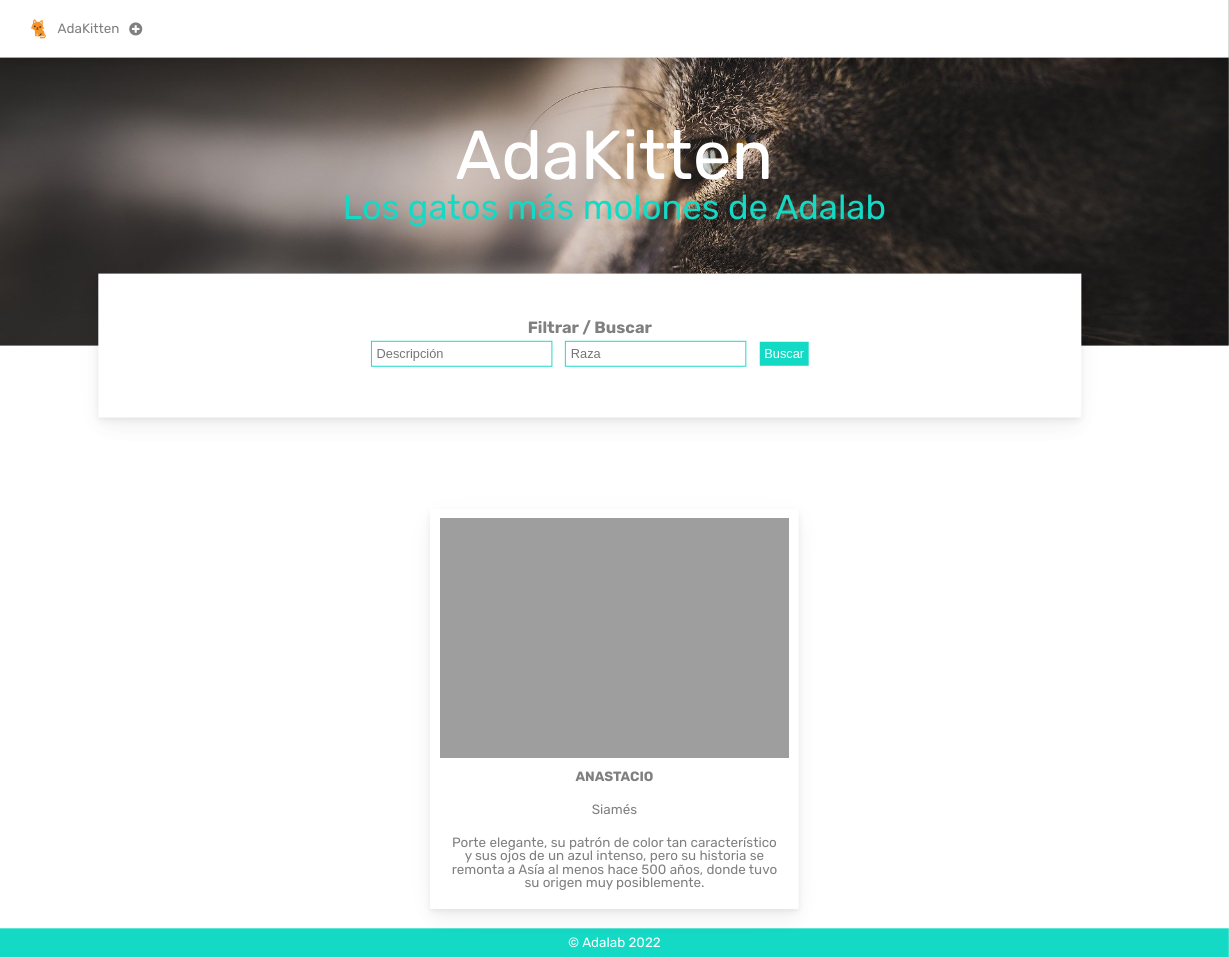
Repository: Adalab/promo-s-module-2-pair-7-sprint-1-ada-kitten
Page: index.html
The author's editor kept a copy of each file at every save. The page is drawn from the files as they stood at one save, then again after the next save.
The browser window is 1280 px wide. The pictures show the whole page, at 96% of full size.
Pictures or frames that could not be fetched are drawn as grey boxes. Some web libraries are served in a nearby version.

Above is the page before, as saved 2023-02-03 10:35:40.

After the next save:
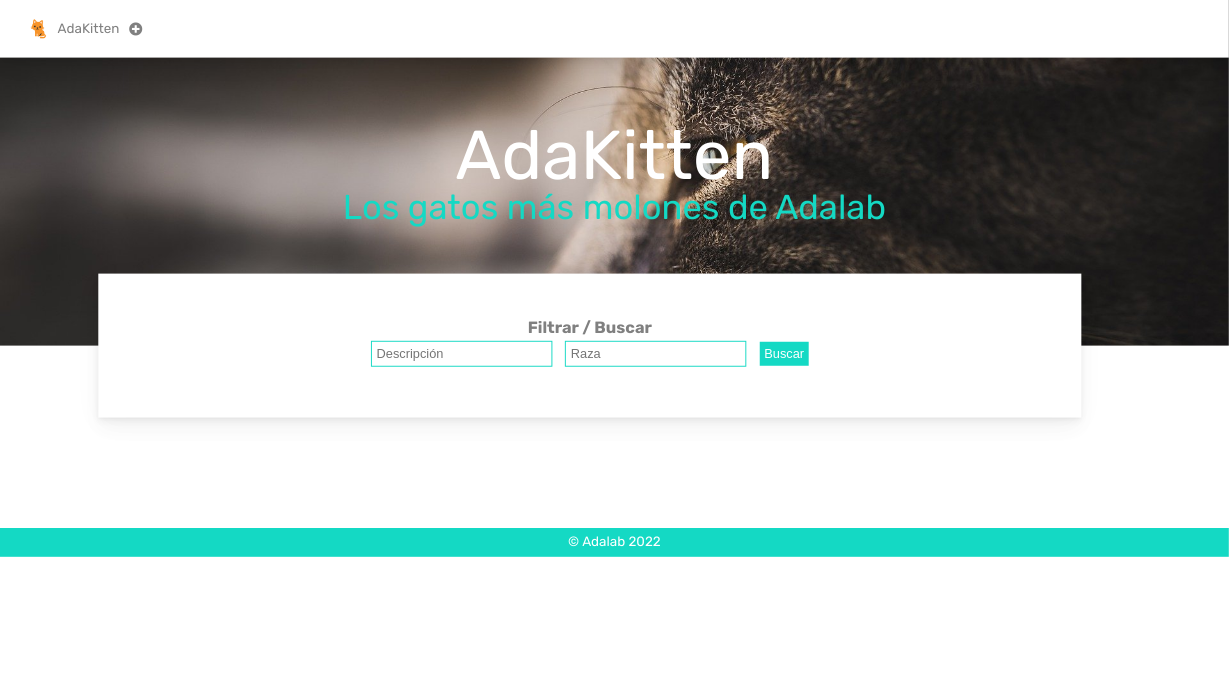
Console error: SyntaxError: Identifier 'kittenTwo' has already been declared
Saved 4 min 21 s later.
--- a/js/script.js
+++ b/js/script.js
@@ -33,6 +33,36 @@ const kittenOne = `<li class="card">
   <h4 class="card_race">${kittenOneRace}</h4>
   <p class="card_description">
   ${kittenOneDesc}
+   </p>
+</article>
+</li>`;
+
+const kittenTwo = `<li class="card">
+<article>
+  <img
+    class="card_img"
+    src= ${kittenTwoImage}
+    alt="gatito"
+  />
+  <h3 class="card_title">${kittenTwoName.toUpperCase()}</h3>
+  <h4 class="card_race">${kittenTwoRace}</h4>
+  <p class="card_description">
+  ${kittenTwoDesc}
+   </p>
+</article>
+</li>`;
+
+const kittenThree = `<li class="card">
+<article>
+  <img
+    class="card_img"
+    src= ${kittenThreeImage}
+    alt="gatito"
+  />
+  <h3 class="card_title">${kittenThreeName.toUpperCase()}</h3>
+  <h4 class="card_race">${kittenThreeRace}</h4>
+  <p class="card_description">
+  ${kittenThreeDesc}
    </p>
 </article>
 </li>`;

After the 4 saves that followed:
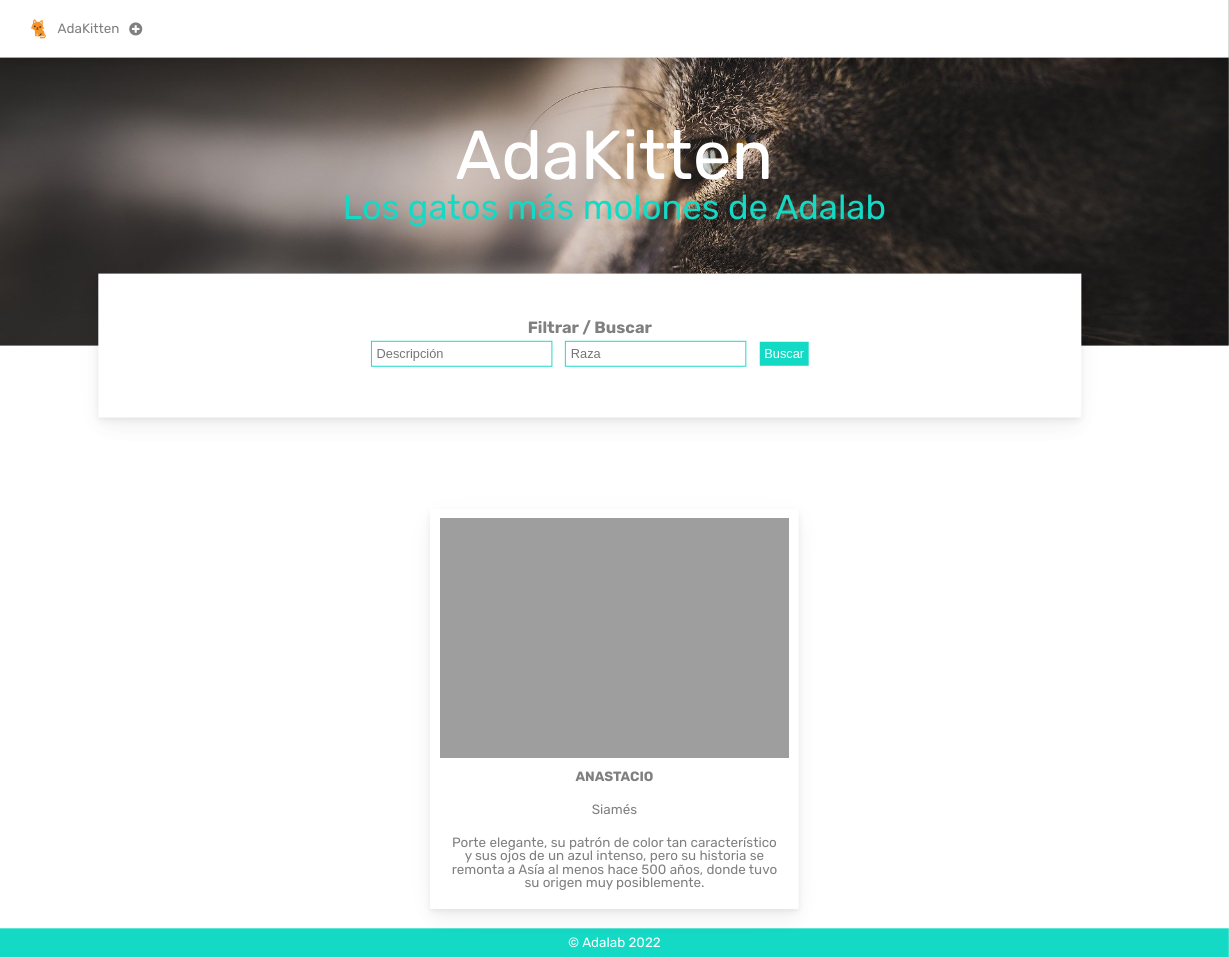
The error is gone.
The 4 saves are shown as one change because 3 left the picture as it was.
The last was saved 3 min 13 s later.
--- a/js/script.js
+++ b/js/script.js
@@ -70,7 +70,8 @@ const kittenThree = `<li class="card">
 dataList.innerHTML = kittenOne;
 
 
-const kittenTwo = `<li class="card">
+
+/*const kittenTwo = `<li class="card">
             <img
               class="card_img"
               src="https://dev.adalab.es/sphynx-gato.webp"
@@ -83,11 +84,11 @@ const kittenTwo = `<li class="card">
               hasta con pinta de alienígena han llegado a definir a esta raza
               gatuna que se caracteriza por la «ausencia» de pelo.
             </p>
-          </li>`
+          </li>`*/
 
 dataList.innerHTML += kittenTwo;
 
-const kittenThree = `<li class="card">
+/*const kittenThree = `<li class="card">
             <img
               class="card_img"
               src="https://dev.adalab.es/maine-coon-cat.webp"
@@ -100,7 +101,7 @@ const kittenThree = `<li class="card">
               bella mirada se ha convertido en una de sus señas de identidad.
               Sus ojos son grandes y las orejas resultan largas y en punta.
             </p>
-          </li>`
+          </li>`*/
 
 
 
